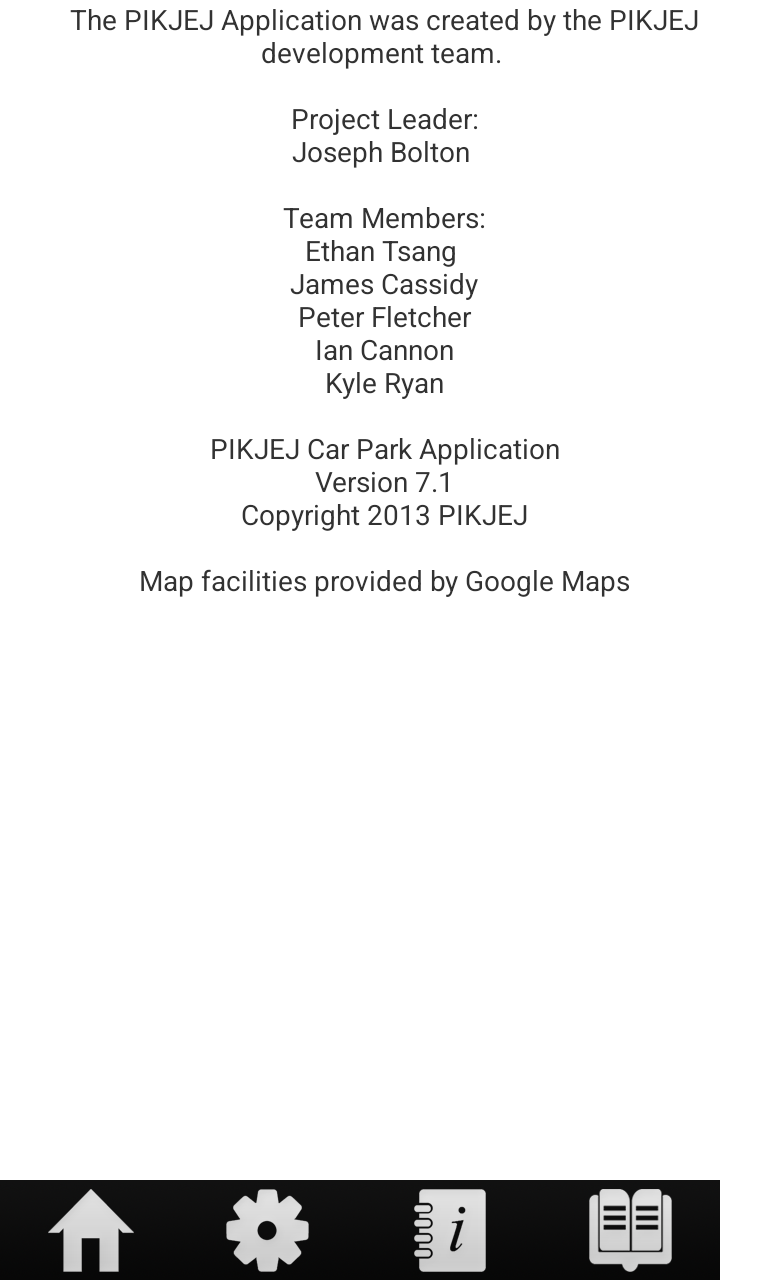
Repository: jo3bolton/PIKJEJ
Layout: PIKJEJ v7/PIKJEJ/res/layout/activity_about.xml
An editor plug-in stored every save of this project. The layout is shown before and after the next save, followed by the edit.
It is drawn on a 768 x 1280 px phone screen (xhdpi) without system bars, with theme AppTheme; the app's code is not run.

Above is the layout before, as saved 2013-03-23 13:38:15.

After the next save:
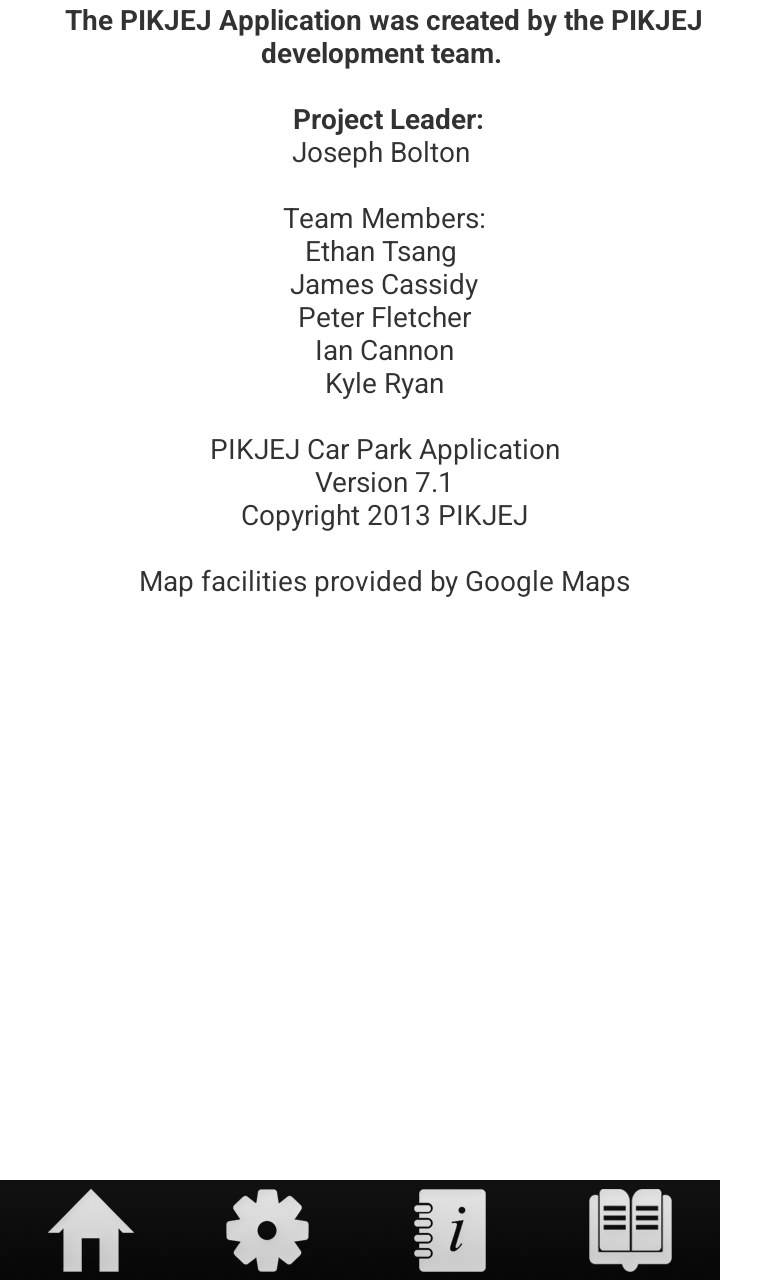
Saved 2 min 44 s later.
--- a/PIKJEJ v7/PIKJEJ/res/values/strings.xml
+++ b/PIKJEJ v7/PIKJEJ/res/values/strings.xml
@@ -13,6 +13,6 @@
     <string name="title_activity_terms">Terms</string>
     <string name="title_activity_splash">Splash</string>
     <string name="title_activity_home">Home</string>
-    <string name="page_about">The PIKJEJ Application was created by the PIKJEJ development team. \n \n Project Leader: \nJoseph Bolton \n\n Team Members: \nEthan Tsang \n James Cassidy \n Peter Fletcher \n Ian Cannon \n  Kyle Ryan \n\n PIKJEJ Car Park Application \n Version 7.1 \n Copyright 2013 PIKJEJ \n\n Map facilities provided by Google Maps \n\n </string>
+    <string name="page_about"><b>The PIKJEJ Application was created by the PIKJEJ development team.</b> \n \n <b> Project Leader:</b> \nJoseph Bolton \n\n Team Members: \nEthan Tsang \n James Cassidy \n Peter Fletcher \n Ian Cannon \n  Kyle Ryan \n\n PIKJEJ Car Park Application \n Version 7.1 \n Copyright 2013 PIKJEJ \n\n Map facilities provided by Google Maps \n\n </string>
 
 </resources>
